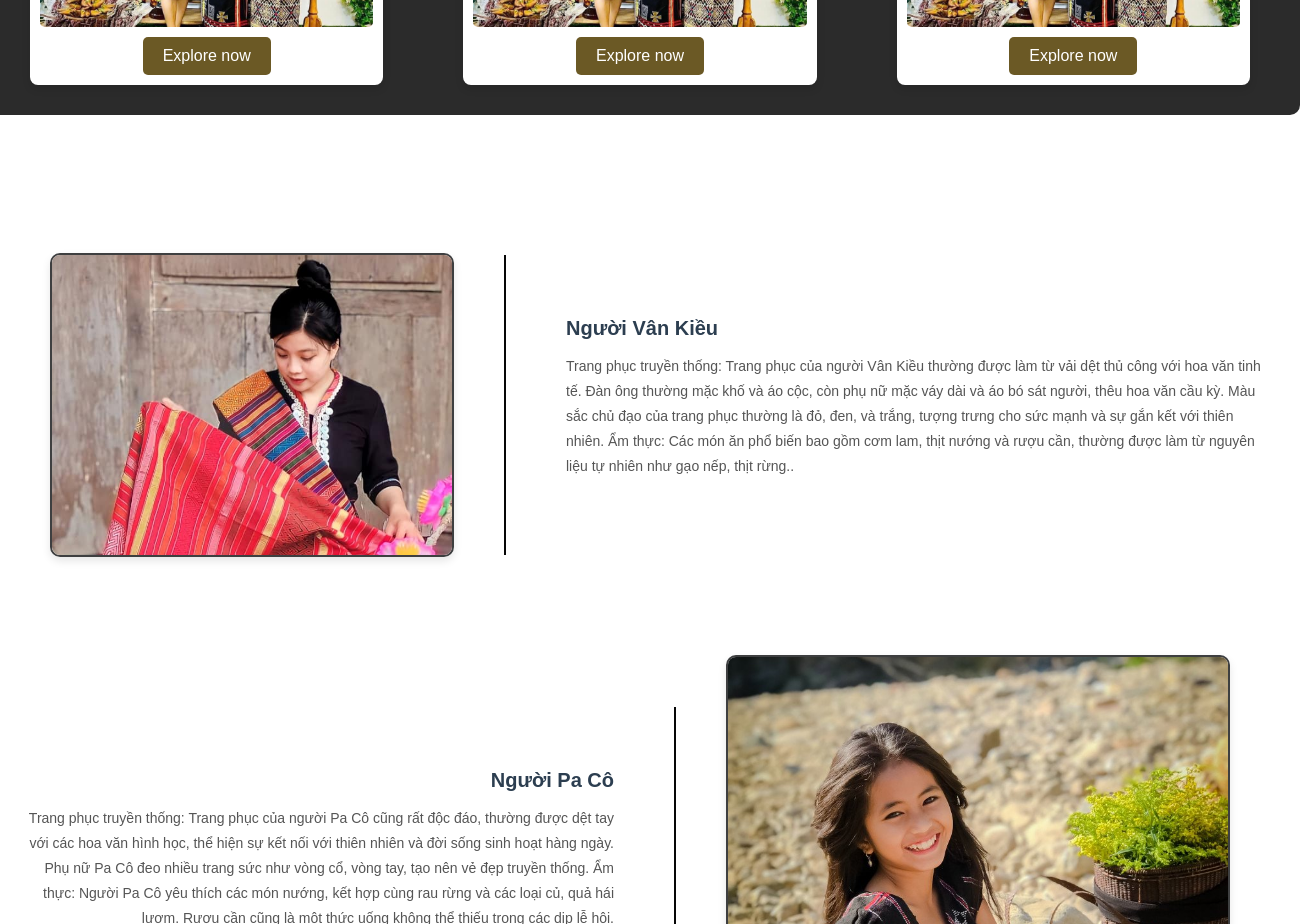
Repository: DangVai/LocalProduct
Page: Views/frontend/test.html
An editor plug-in stored every save of this project. The page is shown before and after the next save, followed by the edit.
The browser window is 1280 px wide. The page is 1300 px wide, so the pictures cover 1300 px, including what lies to the right of the window. The pictures show the part of the page from y = 1276 to 2200 px (the page is 2405 px tall).
Pictures or frames that could not be fetched are drawn as grey boxes.

Above is the page before, as saved 2024-12-19 11:06:07.

After the next save:
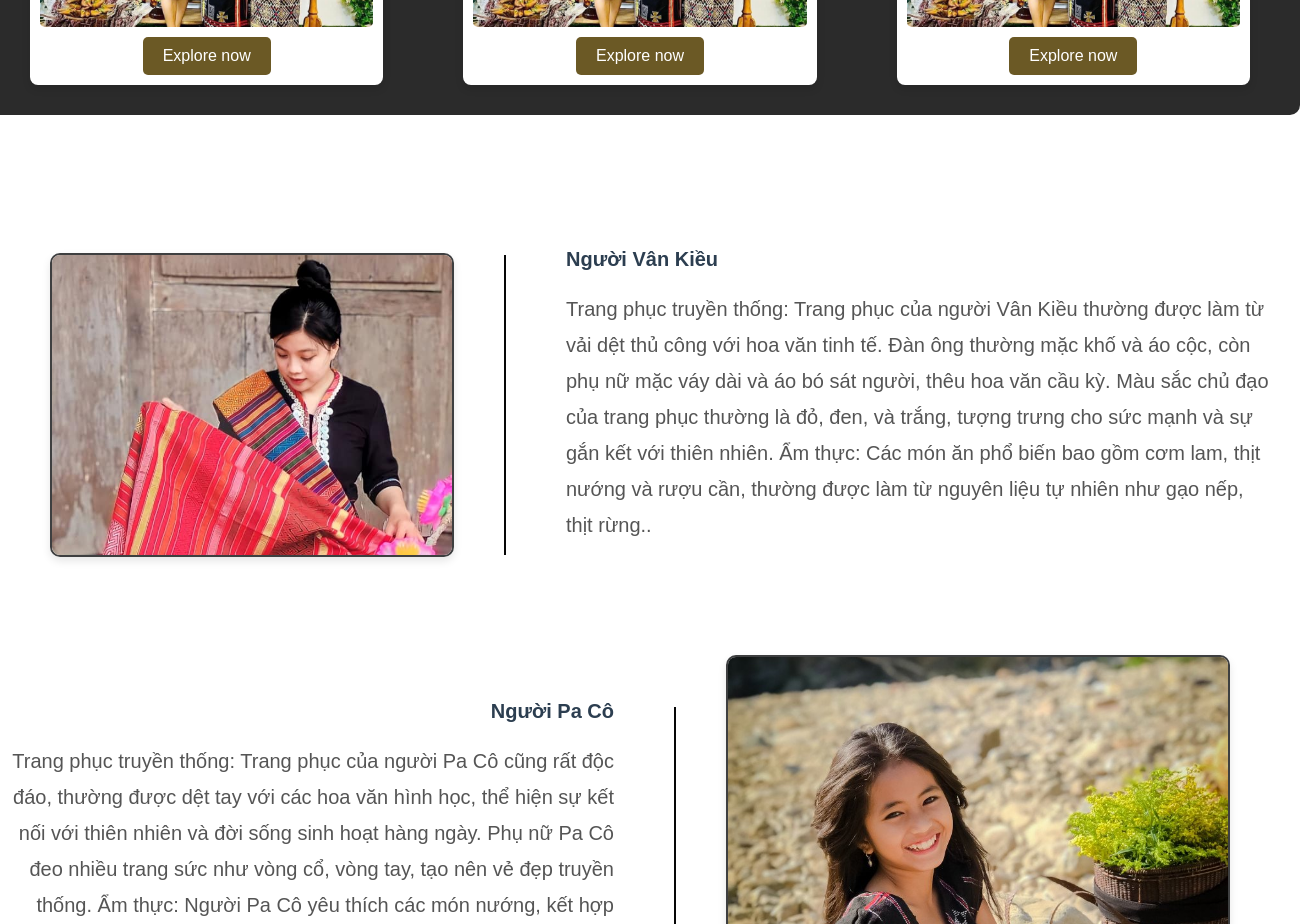
Saved 37 s later.
--- a/Views/frontend/test.html
+++ b/Views/frontend/test.html
@@ -365,7 +365,7 @@
 
         .vk-text p,
         .pc-text p {
-            font-size: 14px;
+            font-size: 20px;
             color: #555;
             line-height: 1.8;
         }
